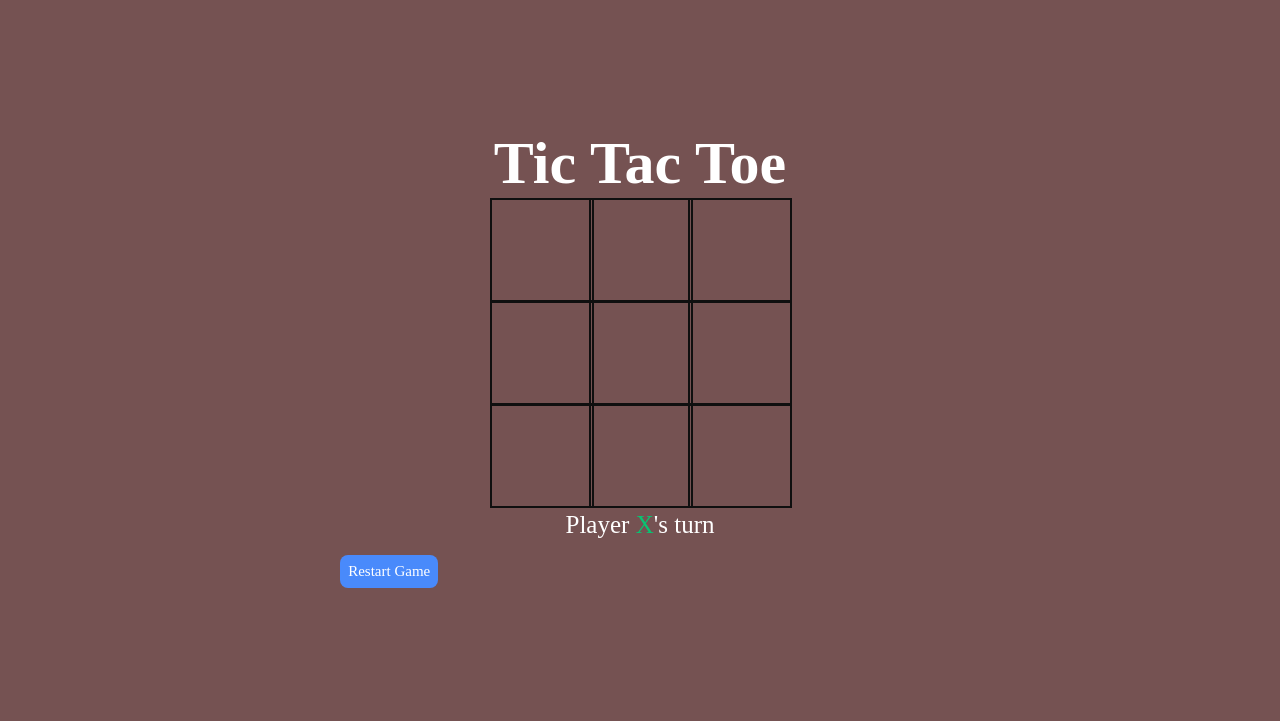
Repository: sedashahnazaryan/tic-tac-too
Page: index.html
These files come from the project's save history. The page is drawn as it stood at one moment and after the next save; the edit follows.
The browser window is 1280 px wide. The pictures show the whole page.

Above is the page before, as saved 2022-02-01 00:03:37.

After the next save:
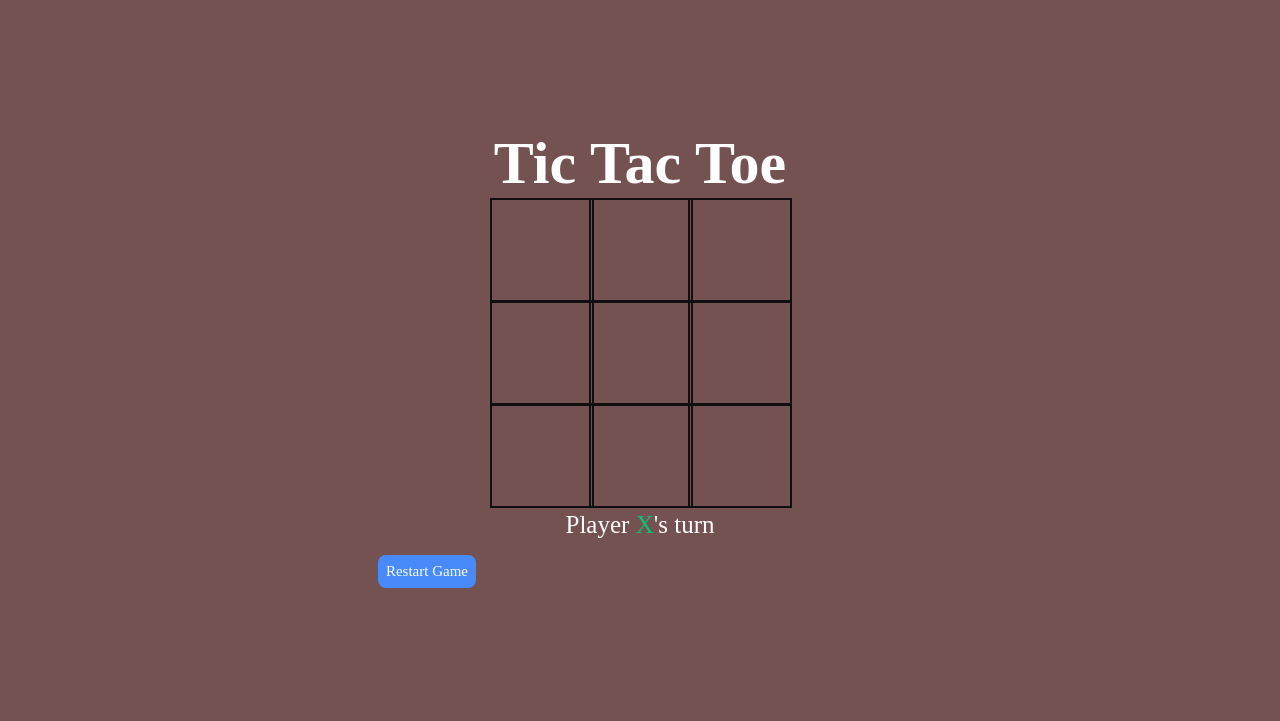
Saved 24 s later.
--- a/index.css
+++ b/index.css
@@ -63,7 +63,7 @@
     border-radius: 8px;
     border: none;
     font-size: 15px;
-    margin-left: 9cm;
+    margin-left: 10cm;
     cursor: pointer;
 
 }
